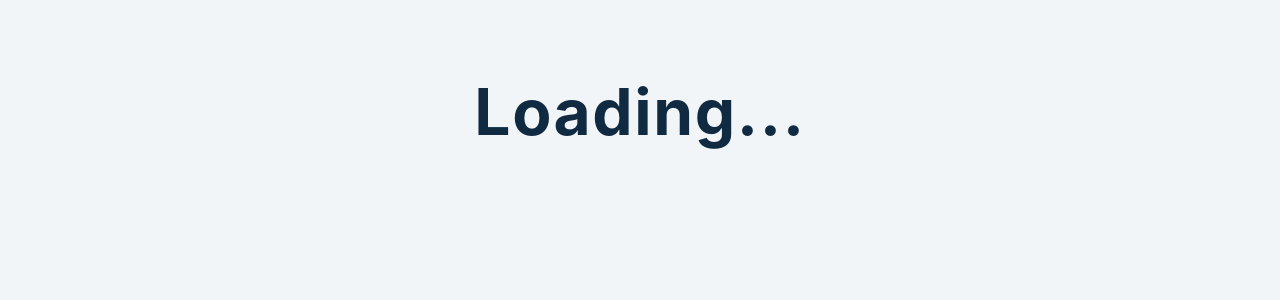
Repository: Chetandev16/Tours
Page: /
The author's editor kept a copy of each file at every save. The page is drawn from the files as they stood at one save, then again after the next save.
The browser window is 1280 px wide. The pictures show the whole page.
The project was rebuilt for these pictures with package versions that can differ from the ones it lists, and the page was loaded fresh each time. Also part of the build but not shown: src/Tour.js.

Above is the page before, as saved 2022-01-25 19:53:14.

### src/App.js
import React, { useState, useEffect } from 'react'
import Loading from './Loading'
import Tours from './Tours'
// ATTENTION!!!!!!!!!!
// I SWITCHED TO PERMANENT DOMAIN
const url = 'https://course-api.com/react-tours-project'

function App() {
  const [loading , setLoading] = useState(true);
  const [tour,setTour] = useState([]);
  if(loading){
    return(
    <main>
      <Loading/>
    </main>
    );
  }

  return <main>
    <Tours/>
  </main>

}

export default App

Loaded but not shown: src/index.js (common file); src/index.css (common file); src/Loading.js (common file); src/Tours.js (common file)

After the next save:
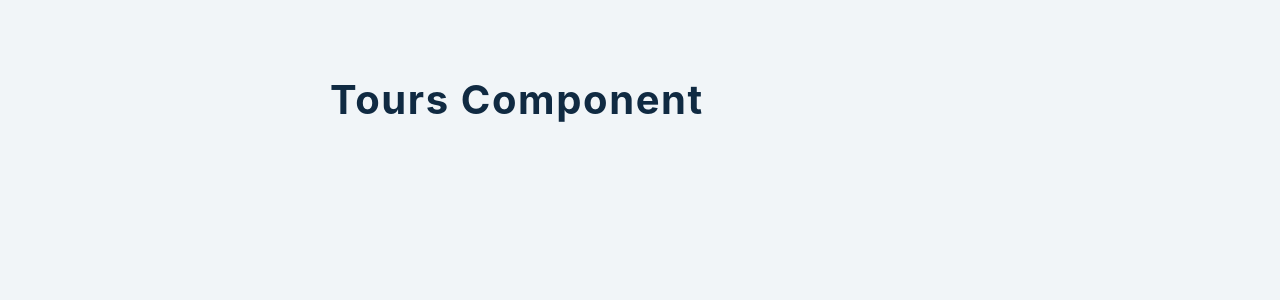
Saved 10 s later.
--- a/src/App.js
+++ b/src/App.js
@@ -6,7 +6,7 @@
 const url = 'https://course-api.com/react-tours-project'
 
 function App() {
-  const [loading , setLoading] = useState(true);
+  const [loading , setLoading] = useState(false);
   const [tour,setTour] = useState([]);
   if(loading){
     return(

After the save that followed:
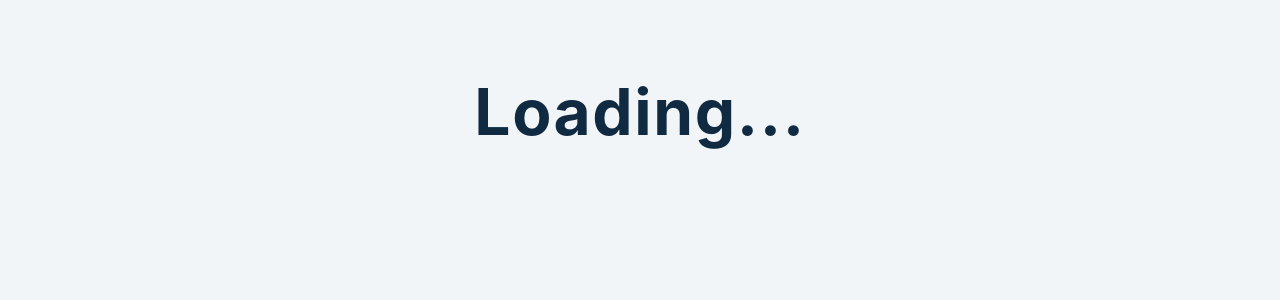
Saved 9 s later.
--- a/src/App.js
+++ b/src/App.js
@@ -6,7 +6,7 @@
 const url = 'https://course-api.com/react-tours-project'
 
 function App() {
-  const [loading , setLoading] = useState(false);
+  const [loading , setLoading] = useState(true);
   const [tour,setTour] = useState([]);
   if(loading){
     return(
